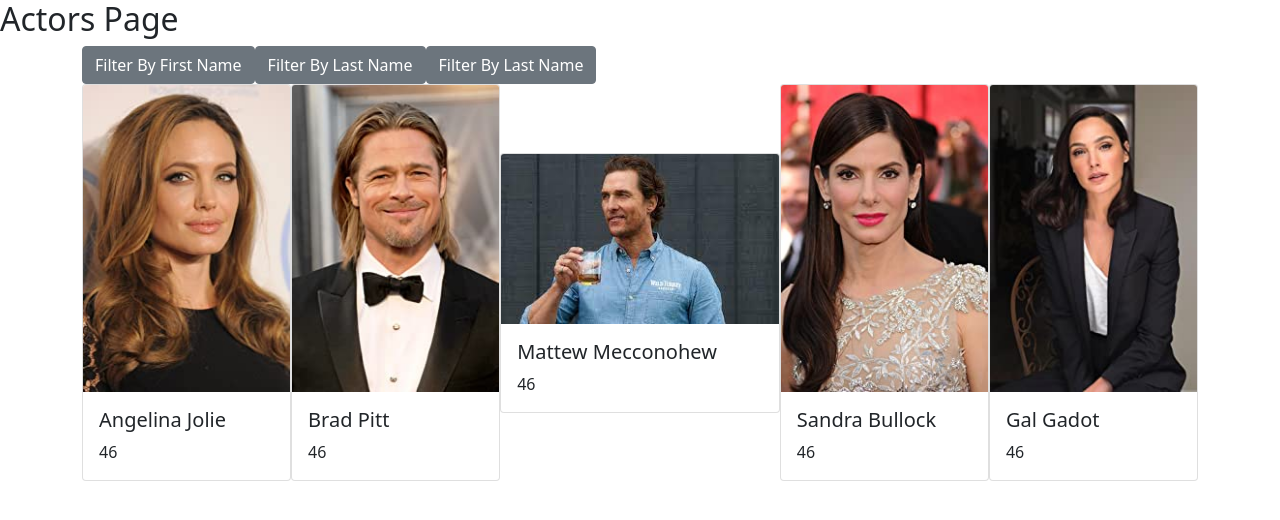
Repository: shuroo/FECourse-react-movieapp
Page: /
An editor plug-in stored every save of this project. The page is shown before and after the next save, followed by the edit.
The browser window is 1280 px wide. The pictures show the whole page.
The project was rebuilt for these pictures with package versions that can differ from the ones it lists, and the page was loaded fresh each time. Also part of the build but not shown: src/App.css.

Above is the page before, as saved 2021-07-25 15:13:45.

After the next save:
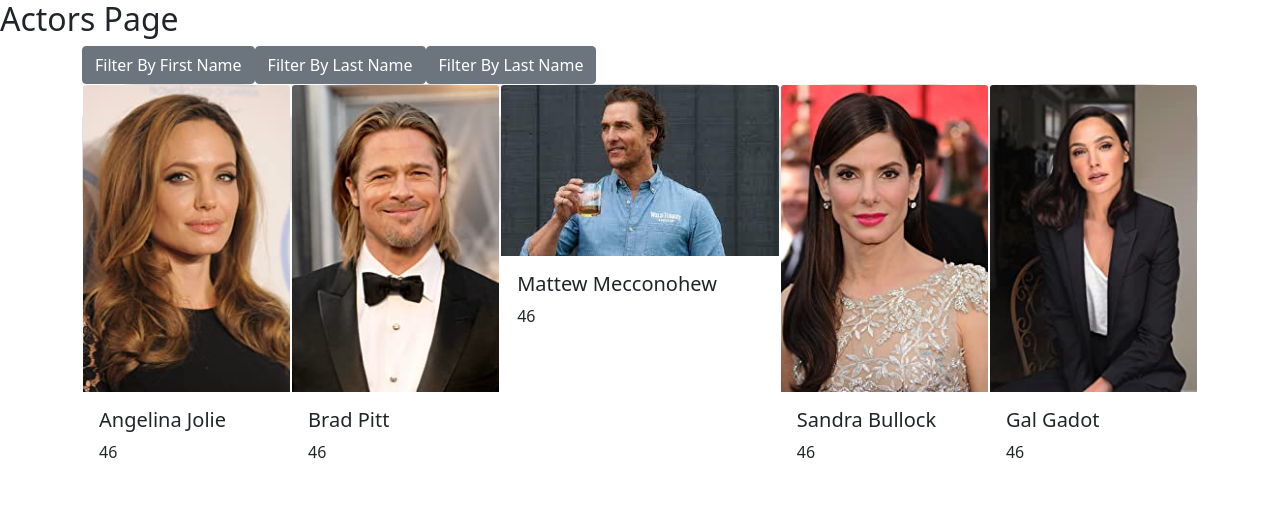
Saved 57 s later.
--- a/src/components/CardComponent.jsx
+++ b/src/components/CardComponent.jsx
@@ -6,7 +6,7 @@
 
 	return (
 
-<Card>
+<Card className="actorImg">
 <Card.Img variant="top" src={actor.image} alt={actor.firstName+" "+actor.lastName} />
 <Card.Body>
   <Card.Title>{actor.firstName} {actor.lastName}</Card.Title>

After the save that followed:
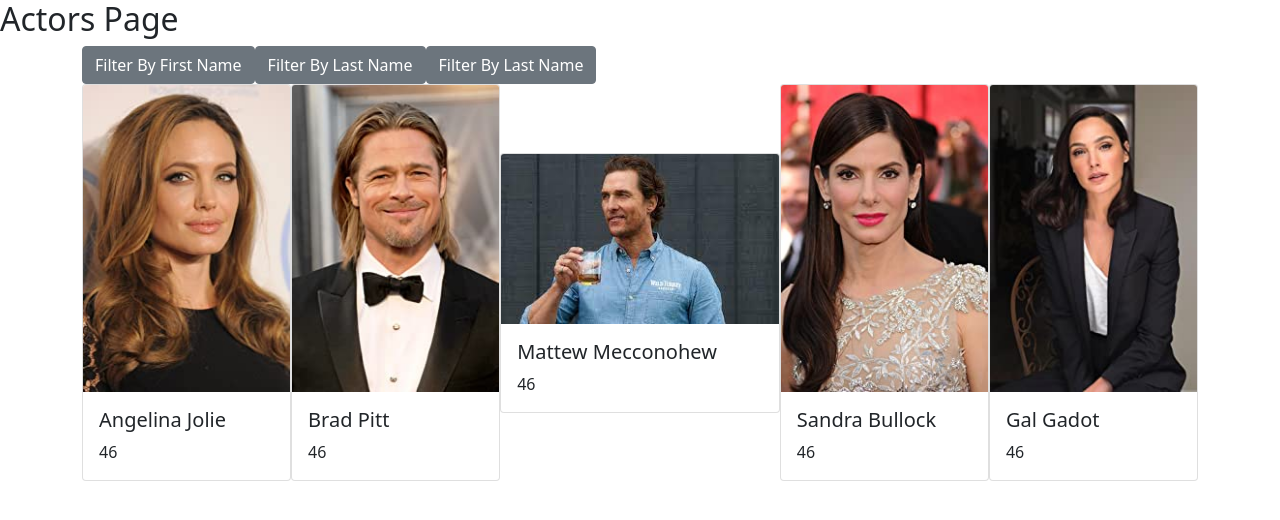
Saved 27 s later.
--- a/src/components/CardComponent.jsx
+++ b/src/components/CardComponent.jsx
@@ -6,7 +6,7 @@
 
 	return (
 
-<Card className="actorImg">
+<Card variant="actorImg">
 <Card.Img variant="top" src={actor.image} alt={actor.firstName+" "+actor.lastName} />
 <Card.Body>
   <Card.Title>{actor.firstName} {actor.lastName}</Card.Title>
